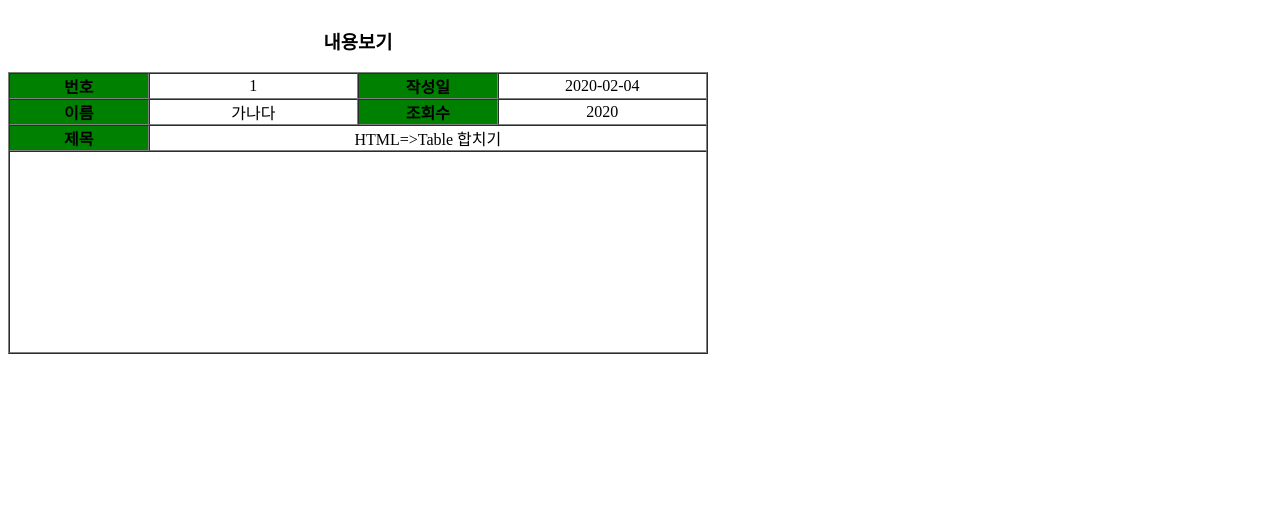
Repository: Rummikub/DBStudy
Page: HTMLProject2/WebContent/HTML/table2.html
The author's editor kept a copy of each file at every save. The page is drawn from the files as they stood at one save, then again after the next save.
The browser window is 1280 px wide. The pictures show the whole page.

Above is the page before, as saved 2020-02-04 08:37:27.

### HTMLProject2/WebContent/HTML/table2.html
<!DOCTYPE html>
<html>
<head>
<meta charset="UTF-8">
<title>Insert title here</title>
</head>
<body>
	<table width=700 border="1" cellpadding=0 cellspacing=0>  <!--한줄로 테두리를 바꿔주는 코딩 -->
		<caption><h3>내용보기</h3></caption>
		<tr>
			<th width=20% bgcolor="green">번호</th>
			<td width=30% align="center">1</td>
			<th width=20% bgcolor="green">작성일</th>
			<td width=30% align="center">2020-02-04</td>
		</tr>
		<tr>
			<th width=20% bgcolor="green">이름</th>
			<td width=30% align="center">가나다</td>
			<th width=20% bgcolor="green">조회수</th>
			<td width=30% align="center">2020</td>
		</tr>
		<tr>
			<th width=20% bgcolor="green">제목</th>
			<td colspan="3" align="center">HTML=>Table 합치기</td>
		</tr>
		<tr>
			<td colspan="4" height="200" align="left" valign="top"></td>
		</tr>
	</table>
</body>
</html>

After the next save:
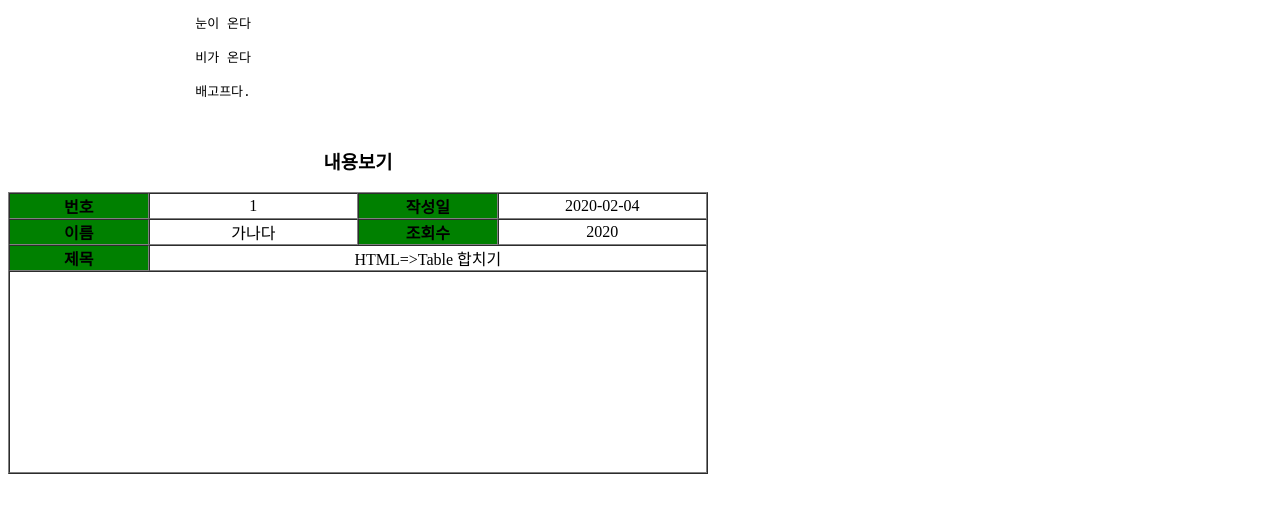
Saved 51 s later.
--- a/HTMLProject2/WebContent/HTML/table2.html
+++ b/HTMLProject2/WebContent/HTML/table2.html
@@ -25,6 +25,11 @@
 		</tr>
 		<tr>
 			<td colspan="4" height="200" align="left" valign="top"></td>
+			<pre>
+			눈이 온다 <br>
+			비가 온다 <br>
+			배고프다.
+			</pre>
 		</tr>
 	</table>
 </body>
